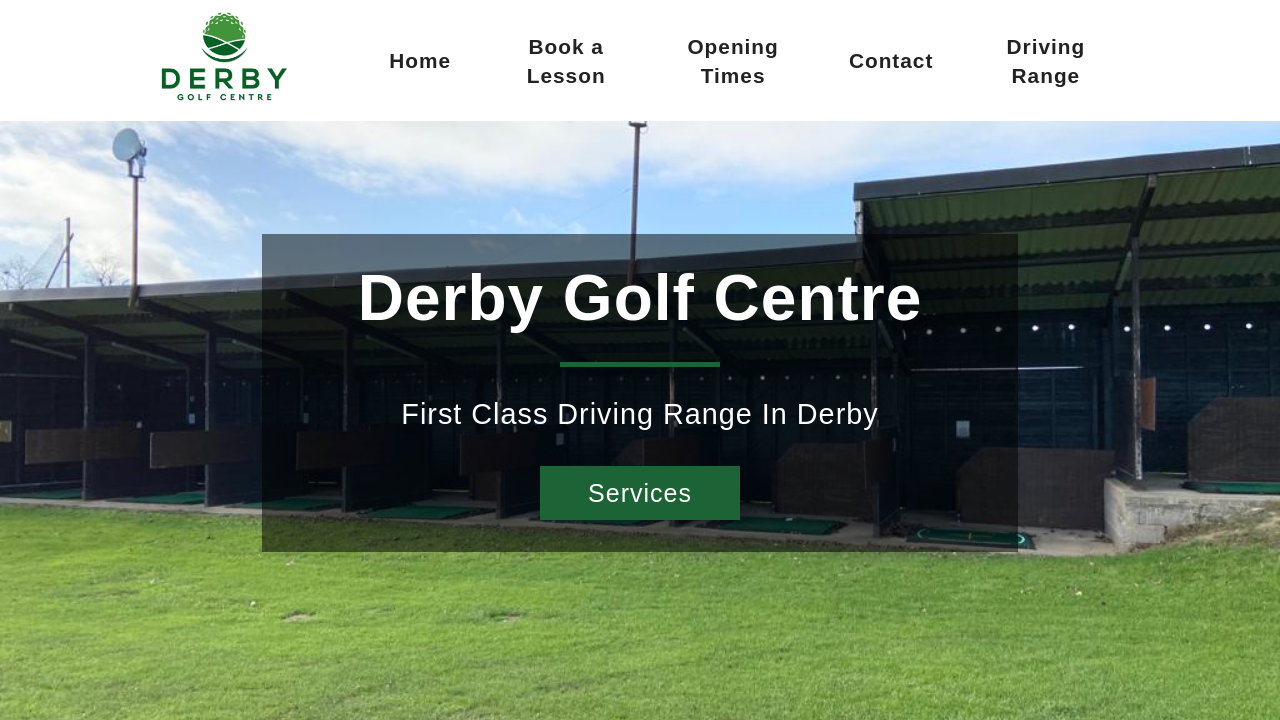
Repository: frankinstyyn/nigeljamesconsulting
Page: /
These files come from the project's save history. The page is drawn as it stood at one moment and after the next save; the edit follows.
The browser window is 1280 px wide. The pictures show the whole page.
Some web fonts or font styles are not loaded; a fallback is used. The project was rebuilt for these pictures with package versions that can differ from the ones it lists, and the page was loaded fresh each time. Also part of the build but not shown: src/pages/Rooms.js, src/pages/SingleRoom.js, src/pages/Error.js.

Above is the page before, as saved 2021-01-07 22:41:44.

### public/index.html
<!DOCTYPE html>
<html lang="en">
  <head>
    <meta charset="utf-8" />
    <link rel="icon" href="%PUBLIC_URL%/favicon.ico" />
    <meta name="viewport" content="width=device-width, initial-scale=1" />
    <meta name="theme-color" content="#000000" />
    <meta
      name="description"
      content="Web site created using create-react-app"
    />
    <link rel="apple-touch-icon" href="%PUBLIC_URL%/logo192.png" />
    <!--
      manifest.json provides metadata used when your web app is installed on a
      user's mobile device or desktop. See https://developers.google.com/web/fundamentals/web-app-manifest/
    -->
    <link rel="manifest" href="%PUBLIC_URL%/manifest.json" />
    <!--
      Notice the use of %PUBLIC_URL% in the tags above.
      It will be replaced with the URL of the `public` folder during the build.
      Only files inside the `public` folder can be referenced from the HTML.

      Unlike "/favicon.ico" or "favicon.ico", "%PUBLIC_URL%/favicon.ico" will
      work correctly both with client-side routing and a non-root public URL.
      Learn how to configure a non-root public URL by running `npm run build`.
    -->
    <title>Derby Golf Centre</title>
  </head>
  <body>
    <noscript>You need to enable JavaScript to run this app.</noscript>
    <div id="root"></div>
    <!--
      This HTML file is a template.
      If you open it directly in the browser, you will see an empty page.

      You can add webfonts, meta tags, or analytics to this file.
      The build step will place the bundled scripts into the <body> tag.

      To begin the development, run `npm start` or `yarn start`.
      To create a production bundle, use `npm run build` or `yarn build`.
    -->
  </body>
</html>

### src/index.js
import React from "react";
import ReactDOM from "react-dom";
import "./index.css";
import { BrowserRouter as Router } from "react-router-dom";
import App from "./App";
import reportWebVitals from "./reportWebVitals";

ReactDOM.render(
  <Router>
    <App />
  </Router>,
  document.getElementById("root")
);

// If you want to start measuring performance in your app, pass a function
// to log results (for example: reportWebVitals(console.log))
// or send to an analytics endpoint. Learn more: https://bit.ly/CRA-vitals
reportWebVitals();

### src/index.css
@import url("https://fonts.googleapis.com/css2?family=Darker+Grotesque:wght@300;800&display=swap");

body {
  margin: 0;
  font-family: -apple-system, BlinkMacSystemFont, "Segoe UI", "Roboto", "Oxygen",
    "Ubuntu", "Cantarell", "Fira Sans", "Droid Sans", "Helvetica Neue",
    sans-serif;
  -webkit-font-smoothing: antialiased;
  -moz-osx-font-smoothing: grayscale;
}

code {
  font-family: source-code-pro, Menlo, Monaco, Consolas, "Courier New",
    monospace;
}

### src/App.js
import "./App.css";
import Home from "./pages/Home";
import Rooms from "./pages/Rooms";
import SingleRoom from "./pages/SingleRoom";
import Error from "./pages/Error";

import { Route, Switch } from "react-router-dom";

import Navbar from "./components/Navbar";

function App() {
  return (
    <>
      <Navbar />
      <Switch>
        <Route exact path="/" component={Home} />
        <Route exact path="/rooms" component={Rooms} />
        <Route exact path="/rooms/:slug" component={SingleRoom} />
        <Route component={Error} />
      </Switch>
    </>
  );
}

export default App;

### src/App.css
* {
  margin: 0;
  padding: 0;
  box-sizing: border-box;
  font-family: "Darker Grotesque", sans-serif;
}
:root {
  --primaryColor: #1c6435;
  --mainWhite: #fff;
  --offWhite: #f7f7f7;
  --mainBlack: #222;
  --mainGrey: #ececec;
  --darkGrey: #cfcfcf;
  --mainTransition: all 0.3s linear;
  --mainSpacing: 1px;
  --lightShadow: 2px 5px 3px 0px rgba(0, 0, 0, 0.5);
  --darkShadow: 4px 10px 5px 0px rgba(0, 0, 0, 0.5);
}
/* globals */
body {
  padding-top: 66px;
  color: var(--mainBlack);
  background: var(--mainWhite);
  font-family: Verdana, Geneva, Tahoma, sans-serif;
  line-height: 1.4;
}
h1 {
  font-size: 3em;
  line-height: 1;
  margin-bottom: 0.5em;
}
h2 {
  font-size: 2em;
  margin-bottom: 0.75em;
}
h3 {
  font-size: 1.5em;
  line-height: 1;
  margin-bottom: 1em;
}
h4 {
  font-size: 1.2em;
  line-height: 1.25;
  margin-bottom: 1.25em;
}
h5 {
  font-size: 1em;
  font-weight: bold;
  margin-bottom: 1.5em;
}
h6 {
  font-size: 1em;
  font-weight: bold;
  margin-bottom: 1.5em;
}

.btn-primary {
  display: inline-block;
  text-decoration: none;
  letter-spacing: var(--mainSpacing);
  color: var(--mainWhite);
  background: var(--primaryColor);
  padding: 0.4rem 0.9rem;
  border: 3px solid var(--primaryColor);
  transition: var(--mainTransition);
  /* text-transform: uppercase; */
  cursor: pointer;
  width: 200px;
  font-size: 25px;
}
.btn-primary:hover {
  background: transparent;
  color: var(--primaryColor);
}
.loading {
  text-transform: capitalize;
  text-align: center;
  margin-top: 3rem;
}
.error {
  text-align: center;
  text-transform: uppercase;
  margin: 2rem 0;
}
.empty-search {
  text-align: center;
  text-transform: capitalize;
  margin: 2rem 0;
  padding: 1rem;
  letter-spacing: var(--mainSpacing);
}
/* end of globals */
/* Navbar */
.logo {
  height: 91px;
}
.navbar {
  position: fixed;
  top: 0;
  left: 0;
  width: 100%;
  padding: 0.75rem 2rem;
  background: var(--mainWhite);
  z-index: 1;
  display: inline-block;
  vertical-align: middle;
  text-align: center;
}
.nav-header {
  display: flex;
  justify-content: space-between;
}
.nav-btn {
  background: transparent;
  border: none;
  cursor: pointer;
  outline: none;
  color: red;
}
.nav-icon {
  font-size: 1.5rem;
  color: var(--primaryColor);
}
.nav-links {
  height: 0;
  overflow: hidden;
  transition: var(--mainTransition);
  list-style-type: none;
  align-items: center;
}
.nav-links a {
  display: block;
  text-decoration: none;
  padding: 1rem;
  color: var(--mainBlack);
  transition: var(--mainTransition);
  text-align: center;
  font-size: 1.3rem;
  font-weight: 600;
  letter-spacing: var(--mainSpacing);
}
.nav-links a:hover {
  color: var(--mainWhite);
  background: var(--primaryColor);
}

.show-nav {
  height: 100px;
}
@media screen and (min-width: 768px) {
  .nav-btn {
    display: none;
  }
  .nav-center {
    max-width: 1170px;
    margin: 0 10%;
    display: flex;
  }
  .nav-links {
    height: auto;
    display: flex;
    margin-left: 4rem;
  }
  .nav-links a {
    margin: 0 1rem;
    padding: 1rem;
  }
}
/* end of navbar */
/* Hero */
.defaultHero,
.roomsHero {
  min-height: calc(100vh - 66px);
  background: url("./images/defaultBcg.jpeg") center/cover no-repeat;
  display: flex;
  align-items: center;
  justify-content: center;
}
.roomsHero {
  background-image: url("./images/room-2.jpeg");
  min-height: 60vh;
}
/* End of Hero */
/* Banner */
.banner {
  display: inline-block;
  background: rgba(0, 0, 0, 0.5);
  color: var(--mainWhite);
  padding: 2rem 1rem;
  text-align: center;
  text-transform: capitalize;
  letter-spacing: var(--mainSpacing);
}
.banner h1 {
  font-size: 2.5rem;
}
.banner div {
  width: 10rem;
  height: 5px;
  background: var(--primaryColor);
  margin: 1.7rem auto;
}
.banner p {
  font-size: 1.8rem;
  margin-bottom: 2rem;
}
@media screen and (min-width: 576px) {
  .banner {
    padding: 2rem 3rem;
  }
  .banner h1 {
    font-size: 3rem;
  }
}
@media screen and (min-width: 992px) {
  .banner {
    padding: 2rem 6rem;
  }
  .banner h1 {
    font-size: 4rem;
  }
}
/* End of Banner */
/* Title */
.section-title {
  text-align: center;
  margin-bottom: 4rem;
}
.section-title h4 {
  font-size: 2rem;
  letter-spacing: var(--mainSpacing);
  text-transform: capitalize;
  margin-bottom: 1rem;
}
.section-title div {
  width: 5rem;
  height: 5px;
  margin: 0 auto;
  background: var(--primaryColor);
}
/* end of Title */

/* services */
.services {
  padding: 5rem 0;
}
.services {
  background: var(--darkGrey);
  text-align: center;
}
.services-center {
  width: 90vw;
  margin: 0 auto;
  display: grid;
  grid-template-columns: repeat(auto-fit, minmax(255px, 1fr));
  grid-row-gap: 2rem;
  grid-column-gap: 50px;
}
.service span {
  display: inline-block;
  color: var(--primaryColor);
  font-size: 2.5rem;
  margin-bottom: 1.5rem;
}
.services h6 {
  letter-spacing: var(--mainSpacing);
}
.services p {
  width: 80%;
  margin: 0 auto;
}
@media screen and (min-width: 992px) {
  .services-center {
    width: 95vw;
    max-width: 1170px;
  }
}

@media screen and (min-width: 1200px) {
  .services p {
    width: 100%;
  }
}
/*end of services */
/* featured rooms */

.featured-rooms {
  padding: 5rem 0;
}
.featured-rooms-center {
  width: 80vw;
  margin: 0 auto;
  display: grid;
  grid-template-columns: repeat(auto-fit, minmax(270px, 1fr));
  grid-row-gap: 2rem;
  grid-column-gap: 40px;
}
@media screen and (min-width: 776px) {
  .featured-rooms-center {
    width: 90vw;
    grid-template-columns: repeat(auto-fit, minmax(330px, 1fr));
  }
}
@media screen and (min-width: 992px) {
  .featured-rooms-center {
    width: 95vw;
    max-width: 1170px;
  }
}
/* end pf featured rooms */
/* room */
.room {
  box-shadow: var(--lightShadow);
  transition: var(--mainTransition);
}
.room:hover {
  box-shadow: var(--darkShadow);
}

.img-container {
  position: relative;
}
.img-container img {
  width: 100%;
  display: block;
  transition: var(--mainTransition);
}
.price-top {
  position: absolute;
  top: 0;
  left: 0;
  background: rgba(0, 0, 0, 0.8);
  color: var(--mainWhite);
  padding: 0.3rem 0.6rem 0.5rem;
  border-bottom-right-radius: 1rem;
  font-size: 0.5rem;
  text-align: center;
  transition: var(--mainTransition);
}
.price-top h6 {
  margin-bottom: 0;
  font-size: 0.9rem;
  font-weight: 300;
  letter-spacing: var(--mainSpacing);
}
.room-link {
  position: absolute;
  top: 50%;
  left: 50%;
  transform: scale(0);
  transition: all 0.3s linear;
}
.img-container:hover {
  background: rgba(0, 0, 0, 0.8);
}
.img-container:hover img {
  opacity: 0.3;
}
.img-container:hover .price-top {
  opacity: 0;
}
.img-container:hover .room-link {
  transform: translate(-50%, -50%) scale(1);
}
.room-info {
  background: var(--darkGrey);
  text-transform: capitalize;
  padding: 0.5rem 0;
  text-align: center;
  font-weight: 700;
  letter-spacing: var(--mainSpacing);
}
/* end of room  */
/* single room*/

.single-room {
  padding: 5rem 0 0 0;
}
.single-room-images {
  width: 80vw;
  margin: 0 auto;
  display: grid;
  grid-template-columns: repeat(auto-fit, minmax(350px, 1fr));
  grid-row-gap: 2rem;
  grid-column-gap: 50px;
}
.single-room-images img {
  width: 100%;
  display: block;
}
.single-room-info {
  width: 80vw;
  display: grid;
  grid-template-columns: 1fr;
  margin: 2rem auto;
}
.desc,
.info {
  margin: 1rem 0;
}
.desc h3 {
  text-transform: capitalize;
  letter-spacing: var(--mainSpacing);
}
.desc p {
  line-height: 1.5;
}
.info h3,
.info h6 {
  text-transform: capitalize;
  letter-spacing: var(--mainSpacing);
}

.info h6 {
  font-weight: 300;
}
.room-extras {
  width: 80vw;
  margin: 0 auto 3rem auto;
}
.room-extras h6 {
  text-transform: capitalize;
  letter-spacing: var(--mainSpacing);
}
.extras {
  list-style-type: none;
  display: grid;
  grid-template-columns: repeat(auto-fit, minmax(330px, 1fr));
  grid-column-gap: 2rem;
  grid-row-gap: 1rem;
}
@media screen and (min-width: 992px) {
  .single-room-images,
  .single-room-info,
  .room-extras {
    width: 95vw;
    max-width: 1170px;
  }
  .single-room-info {
    display: grid;
    grid-template-columns: 1fr 1fr;
    grid-column-gap: 2rem;
  }
  .info {
    padding-left: 3rem;
  }
}
/* end of single room*/
/* roomlist */
.roomslist {
  padding: 5rem 0;
}
.roomslist-center {
  width: 80vw;
  margin: 0 auto;
  display: grid;
  grid-template-columns: repeat(auto-fill, minmax(270px, 1fr));
  grid-row-gap: 2rem;
  grid-column-gap: 30px;
}

@media screen and (min-width: 776px) {
  .roomslist-center {
    width: 90vw;
  }
}
@media screen and (min-width: 992px) {
  .roomslist-center {
    width: 95vw;
    max-width: 1170px;
  }
}
/* end of roomlist */
/*  rooms fitler*/
.filter-container {
  padding: 5rem 0;
}
.filter-form {
  width: 60vw;
  margin: 0 auto;
  display: grid;
  grid-template-columns: repeat(auto-fit, minmax(202px, 1fr));
  grid-row-gap: 2rem;
  grid-column-gap: 40px;
}
.form-group {
  text-transform: capitalize;
}
.form-group label {
  display: block;
  letter-spacing: var(--mainSpacing);
  margin-bottom: 0.5rem;
}
.form-control {
  width: 100%;
  background: transparent;
  font-size: 1rem;
}
.size-inputs {
  display: flex;
}
.size-input {
  width: 40%;
  padding: 0.2rem;
  border: 1px solid var(--mainBlack);
  border-radius: 0.3rem;
  margin-right: 0.3rem;
}
.single-extra label {
  display: inline-block;
  font-size: 0.8rem;
  margin-left: 0.5rem;
}
@media screen and (min-width: 776px) {
  .filter-form {
    width: 70vw;
  }
}
@media screen and (min-width: 992px) {
  .filter-form {
    width: 95vw;
    max-width: 1170px;
  }
}
/* end of rooms fitler*/

### src/pages/Home.js
import React from "react";
import Hero from "../components/Hero";
import Banner from "../components/Banner";
import { Link } from "react-router-dom";

export default function Home() {
  return (
    <Hero hero="defaultHero" >
    <Banner title="Derby Golf Centre" subtitle="First class Driving Range in Derby">
      <Link to="/rooms" className="btn-primary">
        Services
      </Link>
    </Banner>
  </Hero>
  )
}

### src/components/Navbar.js
import React, { Component } from "react";
import { IoGolf } from "react-icons/io5";
import logo from "../images/sdrlogo.jpeg";
import { FaAlignRight } from "react-icons/fa";
import { Link } from "react-router-dom";

export default class Navbar extends Component {
  state = {
    isOpen: false,
  }
  handleToggle = () => {
    this.setState({ isOpen: !this.state.isOpen });
  }
  render() {
    return <nav className="navbar">
      <div class="nav-center">
        <div class="nav-header">
          <Link to="/">
            <img className="logo" src={logo} alt="Derby Golf Centre" />
          </Link>
          <button type="button" className="nav-btn" onClick={this.handleToggle}>
            <FaAlignRight className="nav-icon" />
          </button>
        </div>
        <ul className={this.state.isOpen ? "nav-links show-nav" : "nav-links"}>
          <li>
            <Link to="/">Home</Link>
          </li>
          <li>
            <Link to="/lesson">Book a Lesson</Link>
          </li>
          <li>
            <Link to="/opening-times">Opening Times</Link>
          </li>
          <li>
            <Link to="/contact">Contact</Link>
          </li>
          <li>
            <Link to="/driving-range">Driving Range</Link>
          </li>
        </ul>
      </div>
    </nav>;
  }
}

### src/components/Hero.js
import React from 'react'

export default function Hero({children, hero}) {
    return (
        <header className={hero}>{children}</header>
    )
}

### src/components/Banner.js
import React from 'react'

export default function Banner({children,title,subtitle}) {
    return (
        <div className="banner">
            <h1>{title}</h1>
            <div></div>
            <p>{subtitle}</p>
            {children}
        </div>
    )
}

Loaded but not shown: src/reportWebVitals.js (common file)

After the next save:
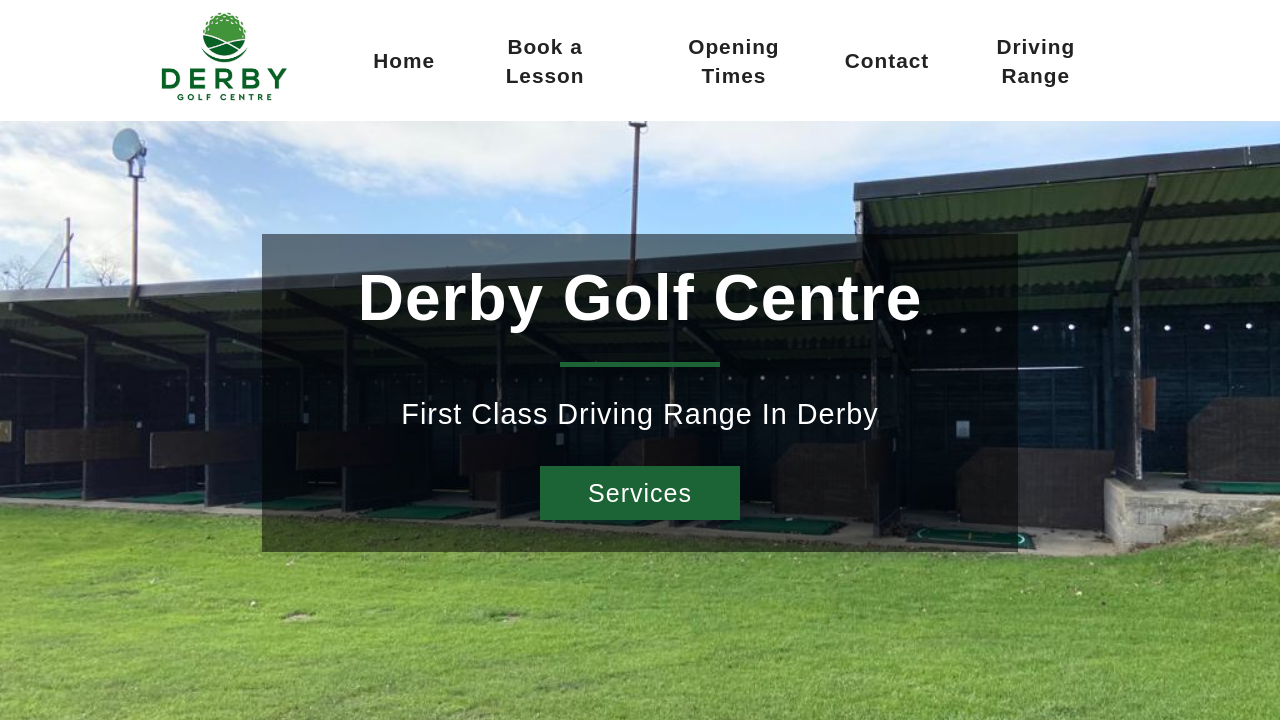
Saved 35 s later.
--- a/src/App.css
+++ b/src/App.css
@@ -162,7 +162,7 @@
     margin-left: 4rem;
   }
   .nav-links a {
-    margin: 0 1rem;
+    /* margin: 0 1rem; */
     padding: 1rem;
   }
 }
